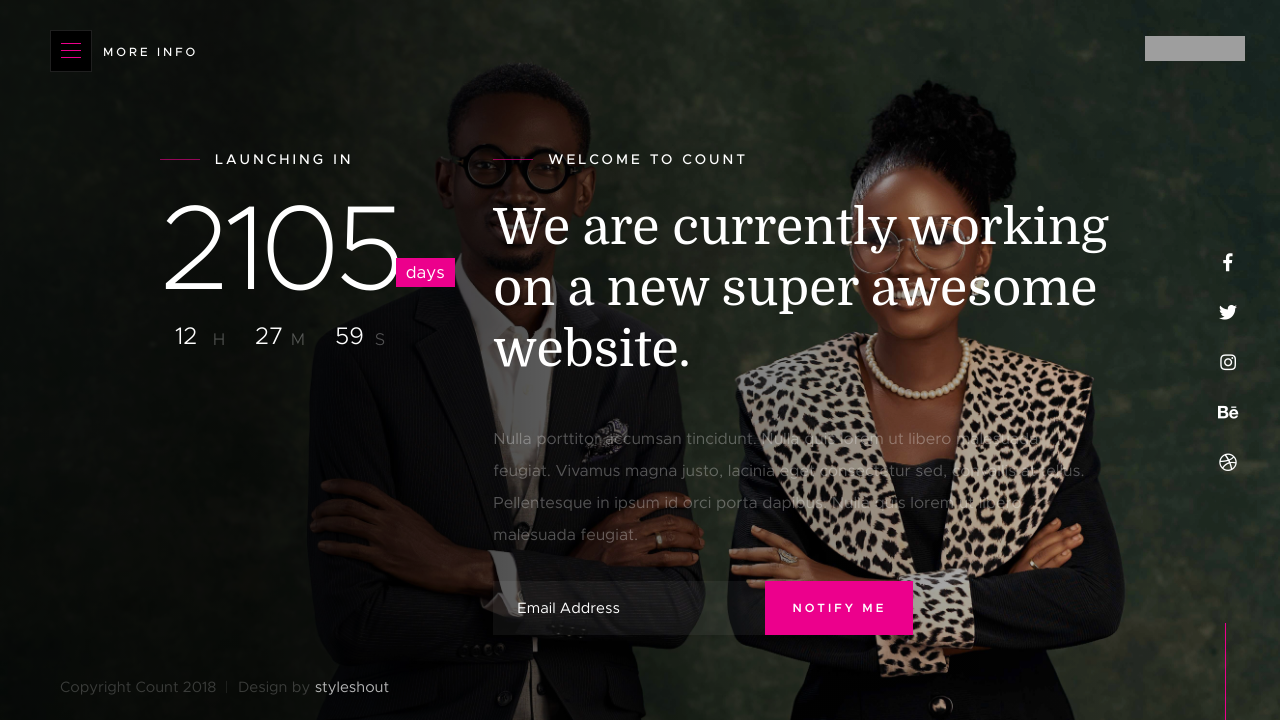
Repository: Ksoftcode/PMB
Page: index-static.html
These files come from the project's save history. The page is drawn as it stood at one moment and after the next save; the edit follows.
The browser window is 1280 px wide. The pictures show the whole page.
Pictures or frames that could not be fetched are drawn as grey boxes.

Above is the page before, as saved 2023-02-24 10:18:25.

After the next save:
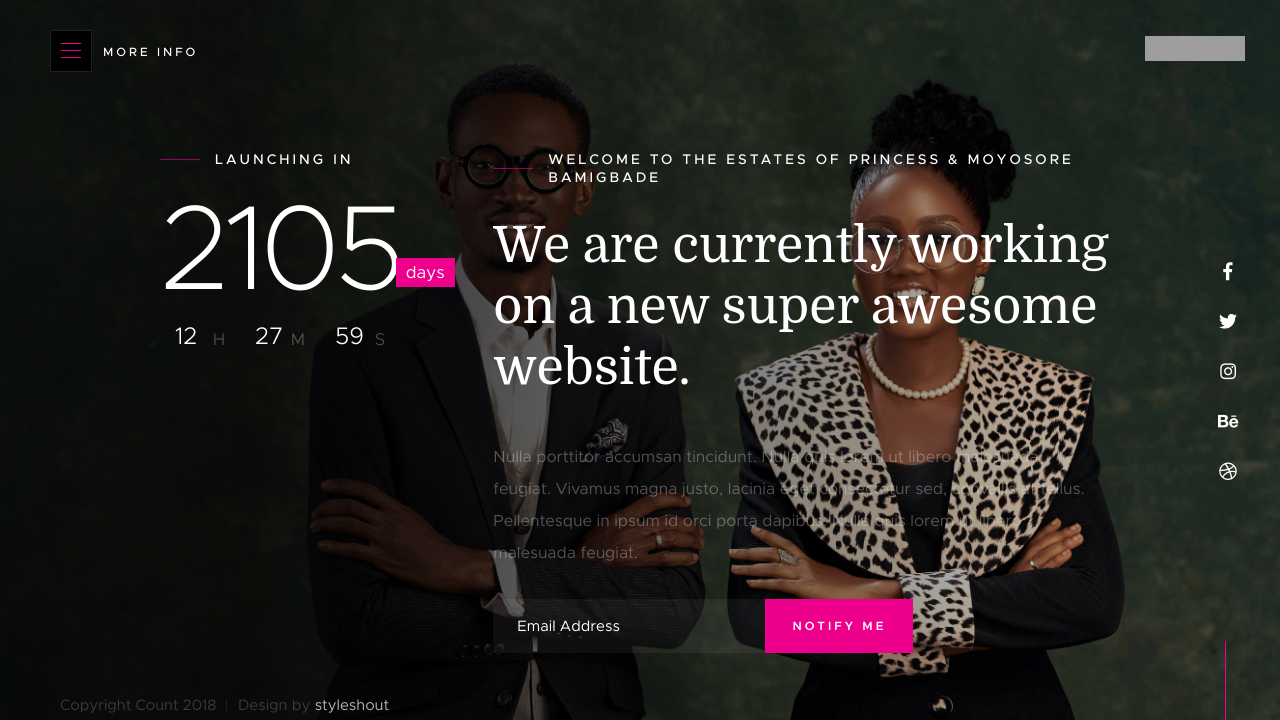
Saved 94 s later.
--- a/index-static.html
+++ b/index-static.html
@@ -50,7 +50,7 @@
             <div class="row home-content__main">
 
                 <div class="col-eight home-content__text pull-right">
-                    <h3>Welcome to Count</h3>
+                    <h3>Welcome to the Estates of Princess & Moyosore Bamigbade</h3>
 
                     <h1>
                     We are currently working <br>
